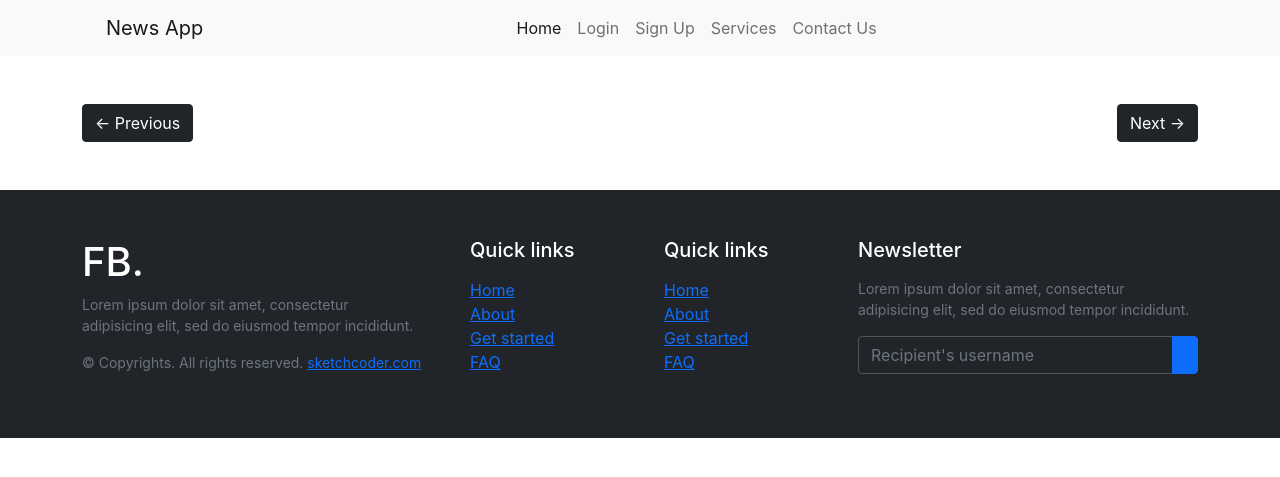
Repository: ZainAkbar51214/News-Site
Page: /
The author's editor kept a copy of each file at every save. The page is drawn from the files as they stood at one save, then again after the next save.
The browser window is 1280 px wide. The pictures show the whole page.
The page's requests for data from a server got no answer. The project was rebuilt for these pictures with package versions that can differ from the ones it lists, and the page was loaded fresh each time. A package was used in the major version that the imports need, not the one package.json lists. No one was signed in, and anything a server would have sent is missing. Also part of the build but not shown: src/App.css, src/Components/Layouts/NewsItem.js, src/Components/pages/Login.jsx.

Above is the page before, as saved 2023-12-18 00:14:06.

After the next save:
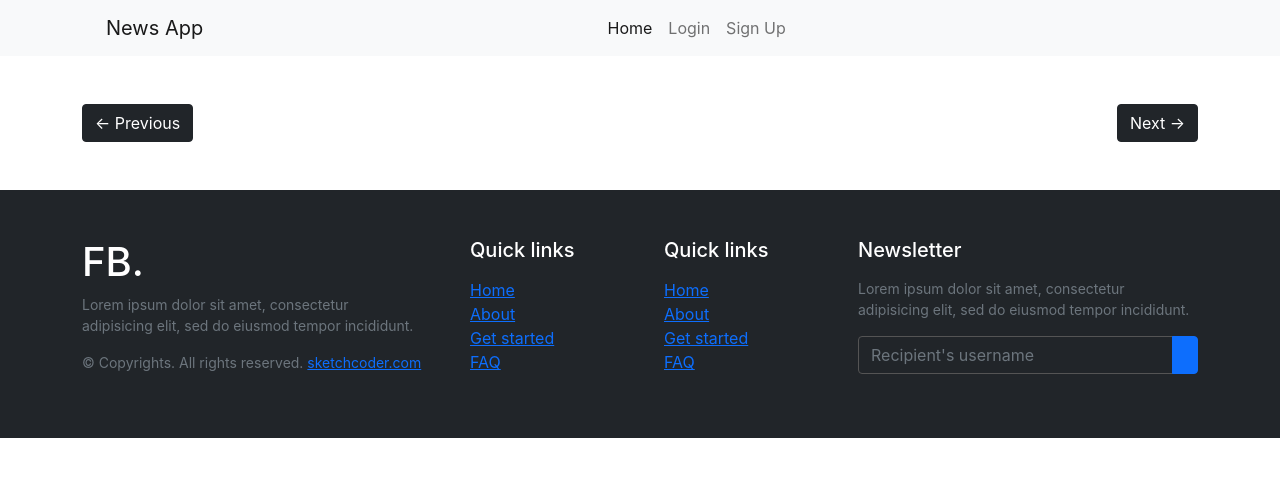
Saved 10 s later.
--- a/src/Components/Header/Navbar.jsx
+++ b/src/Components/Header/Navbar.jsx
@@ -26,12 +26,6 @@ class Navbar extends Component {
                                             <li className="nav-item">
                                                 <Link className="nav-link" to="/about">Sign Up</Link>
                                             </li>
-                                            <li className="nav-item">
-                                                <Link className="nav-link" to="/services">Services</Link>
-                                            </li>
-                                            <li className="nav-item">
-                                                <Link className="nav-link" to="/contact-us">Contact Us</Link>
-                                            </li>
                                         </ul>
                                     </div>
                                 </div>
